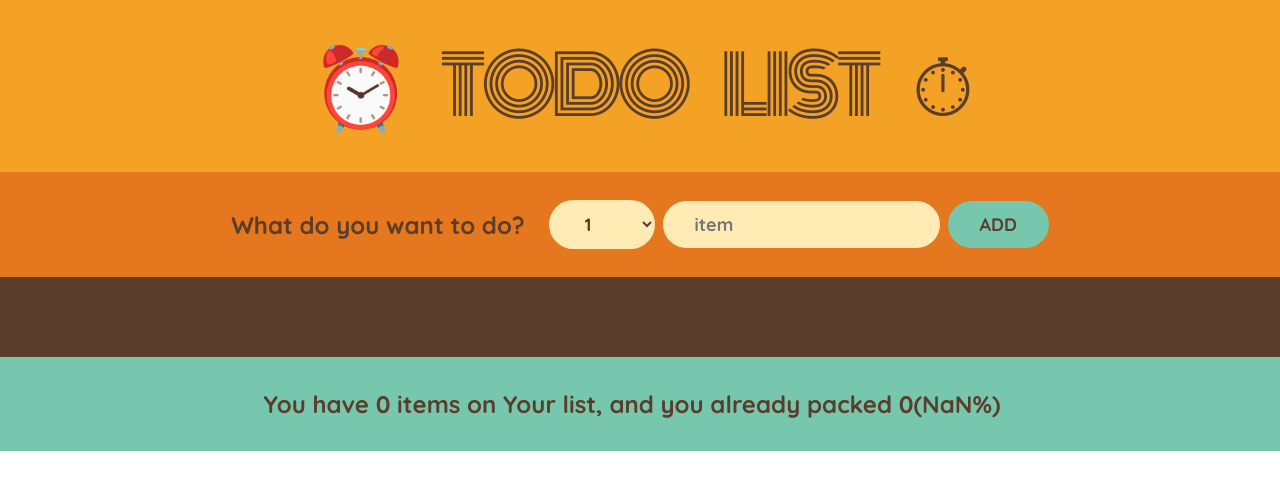
Repository: noemiepham/travel-list-react
Page: /
The author's editor kept a copy of each file at every save. The page is drawn from the files as they stood at one save, then again after the next save.
The browser window is 1280 px wide. The pictures show the whole page.
The project was rebuilt for these pictures with package versions that can differ from the ones it lists, and the page was loaded fresh each time.

Above is the page before, as saved 2023-12-10 08:38:14.

After the next save:
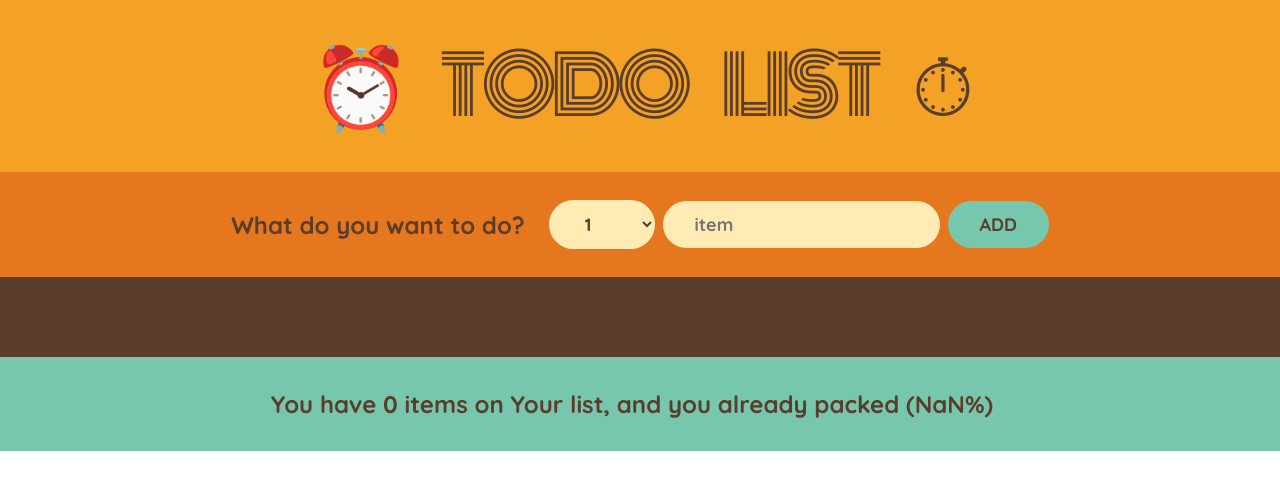
Saved 33 s later.
--- a/src/App.js
+++ b/src/App.js
@@ -111,7 +111,7 @@
 function Stats({ items }) {
   console.log("footer", items);
   const numItems = items.length;
-  const numPacked = items.length;
+  const numPacked = items.filter((item) => item.packed);
   const percent = (numItems / numPacked) * 100;
   return (
     <div className="stats" key={items.id}>

After the save that followed:
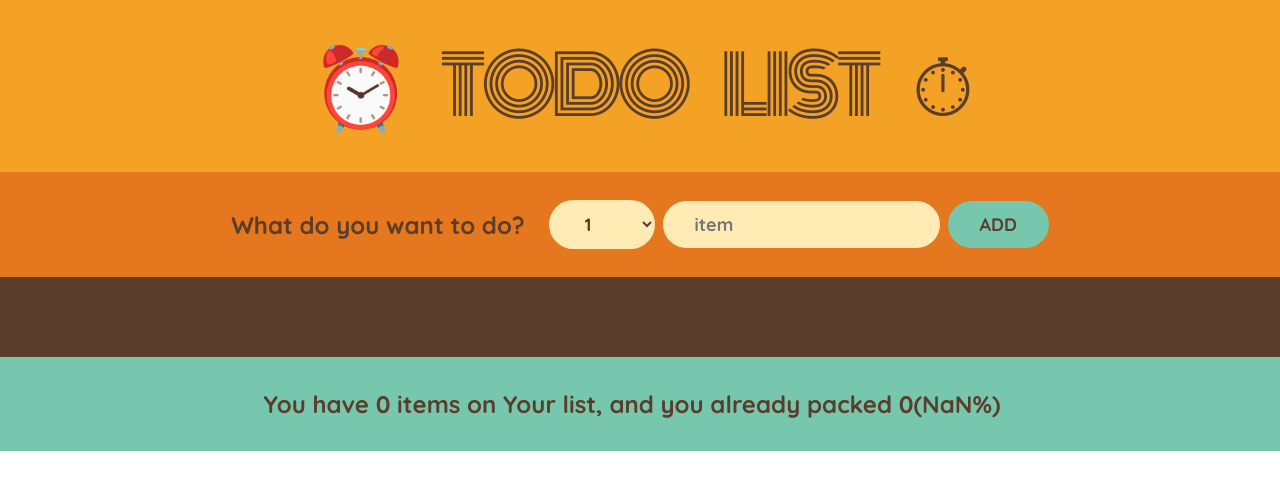
Saved 22 s later.
--- a/src/App.js
+++ b/src/App.js
@@ -111,7 +111,7 @@
 function Stats({ items }) {
   console.log("footer", items);
   const numItems = items.length;
-  const numPacked = items.filter((item) => item.packed);
+  const numPacked = items.filter((item) => item.packed).length;
   const percent = (numItems / numPacked) * 100;
   return (
     <div className="stats" key={items.id}>
